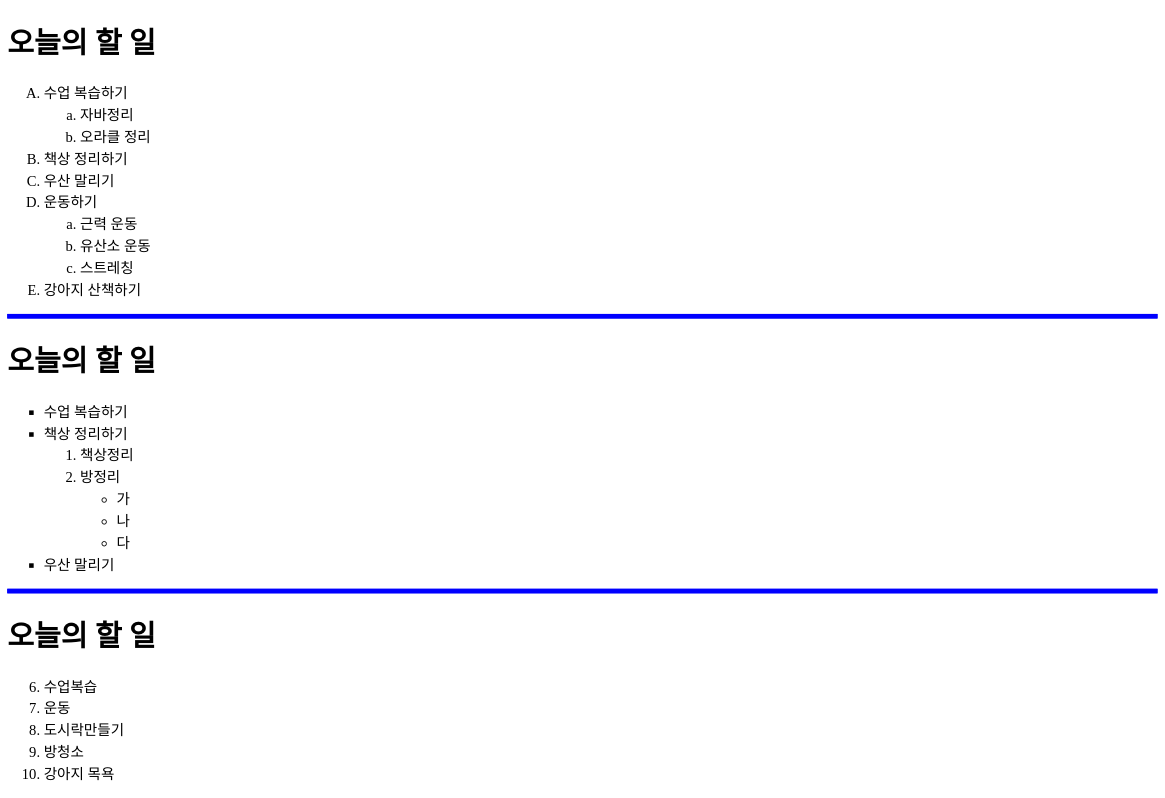
Repository: hb6700/client
Page: ClientTest/src/main/webapp/html/ex10_list.html
The author's editor kept a copy of each file at every save. The page is drawn from the files as they stood at one save, then again after the next save.
The browser window is 1280 px wide. The pictures show the whole page, at 91% of full size.

Above is the page before, as saved 2023-09-20 02:19:10.

### ClientTest/src/main/webapp/html/ex10_list.html
<!DOCTYPE html>
<html>
	<head>
		<meta charset="UTF-8">
		<title>ex11_list</title>
	</head>
	<body>
		<!--
		List(목록)
		1. 순서가 있는 목록
			- <ol> + <li>
			- Ordered List
				- type : "a", "A", "i", "1" ??
			- List Item
		2. 순서가 없는 목록
			- <ul> + <li>
			- Unordered List
			- list Item
		3. 용어 정의 목록
			- <dl> + <dt> + <dd>
			- Definition List
			- Definition Term
			- Definition Description
		-->
		<h1>오늘의 할 일</h1>
		<ol type="A">
			<li>수업 복습하기</li>
			<ol type ="a">
				<li>자바정리</li>
				<li>오라클 정리</li>
			</ol>
			<li>책상 정리하기</li>
			<li>우산 말리기</li>
			<li>
				운동하기
				<ol type ="a">
					<li>근력 운동</li>
					<li>유산소 운동</li>
					<li>스트레칭</li>
				</ol>
			</li>
			<li>강아지 산책하기</li>
		</ol>

		<hr size="5" color="blue">

		<!-- 블릿(bullet) -->
		<h1>오늘의 할 일</h1>
		<ul type="square">
			<li>수업 복습하기</li>
			<li>
				책상 정리하기
				<ol>
					<li>책상정리</li>
					<li>
						방정리
						<ul type="circle">
							<li>가</li>
							<li>나</li>
							<li>다</li>
						</ul>
					</li>
				</ol>
			</li>
			<li>우산 말리기</li>
		</ul>

		<hr size="5" color="blue">

		<h1>오늘의 할 일</h1>
		<!-- <ol reversed> -->
		<ol start="6">
			<li>수업복습</li>
			<li>운동</li>
			<li>도시락만들기</li>
			<li>방청소</li>
			<li>강아지 목욕</li>
		</ol>
	</body>
</html>

After the next save:
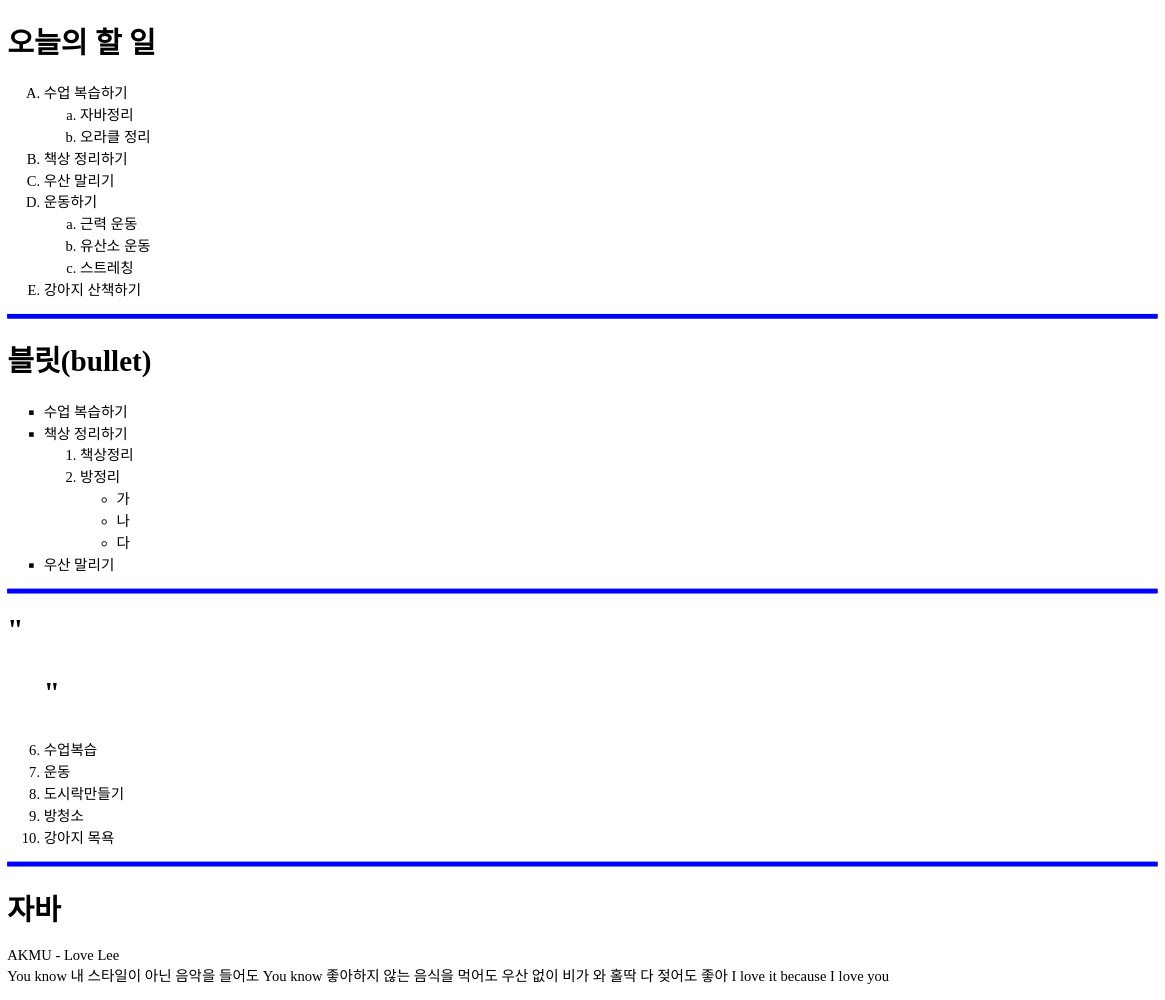
Saved 4 min 0 s later.
--- a/ClientTest/src/main/webapp/html/ex10_list.html
+++ b/ClientTest/src/main/webapp/html/ex10_list.html
@@ -6,6 +6,8 @@
 	</head>
 	<body>
 		<!--
+		**** 대부분의 태그는 현업에서 활발하게 사용중...
+
 		List(목록)
 		1. 순서가 있는 목록
 			- <ol> + <li>
@@ -44,8 +46,7 @@
 
 		<hr size="5" color="blue">
 
-		<!-- 블릿(bullet) -->
-		<h1>오늘의 할 일</h1>
+		<h1>블릿(bullet)</h1>
 		<ul type="square">
 			<li>수업 복습하기</li>
 			<li>
@@ -67,8 +68,7 @@
 
 		<hr size="5" color="blue">
 
-		<h1>오늘의 할 일</h1>
-		<!-- <ol reversed> -->
+		<h1> "<ol reversed>" </h1>
 		<ol start="6">
 			<li>수업복습</li>
 			<li>운동</li>
@@ -76,5 +76,18 @@
 			<li>방청소</li>
 			<li>강아지 목욕</li>
 		</ol>
+
+		<hr size="5" color="blue">
+
+		<h1>자바</h1>
+		<dl>
+			<dt>AKMU - Love Lee</dt>
+			<dt>
+				You know 내 스타일이 아닌 음악을 들어도
+				You know 좋아하지 않는 음식을 먹어도
+				우산 없이 비가 와 홀딱 다 젖어도 좋아
+				I love it because I love you
+			</dt>
+		</dl>
 	</body>
 </html>
